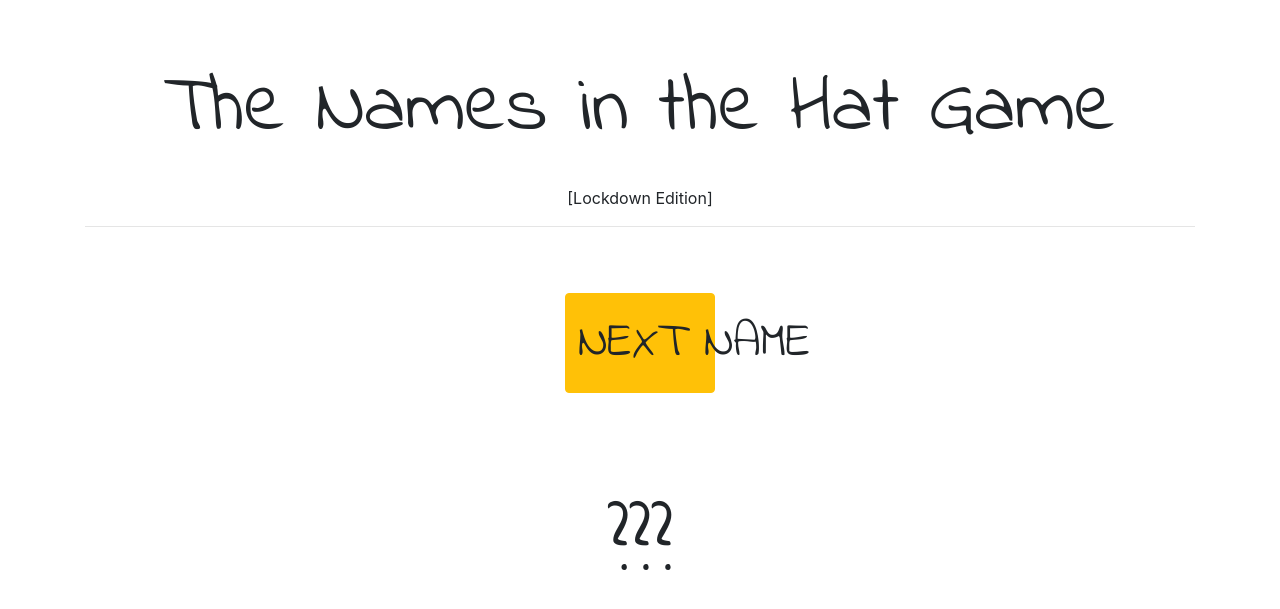
Repository: TaylorD1982/randomizer
Page: index.html
The author's editor kept a record of every edit. The page is drawn from the files as they stood at one moment, then again after the next edit.
The browser window is 1280 px wide. The pictures show the whole page.
Some web fonts or font styles are not loaded; a fallback is used. Some web libraries are served in a nearby version.

Above is the page before.

After the next edit:
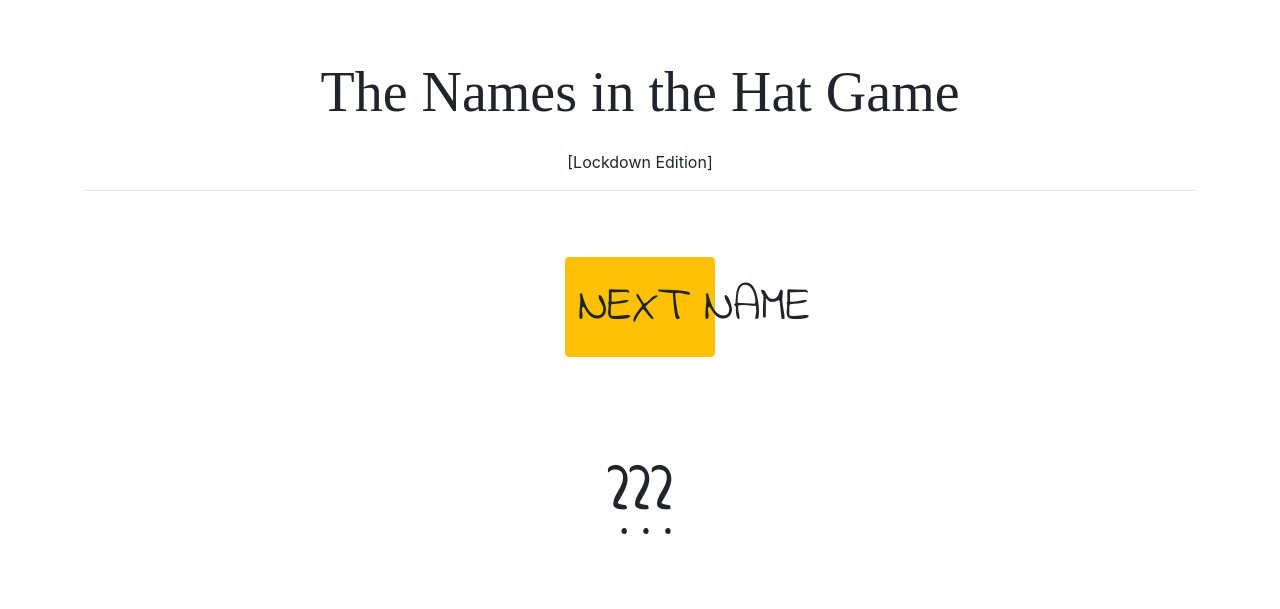
The edit:
--- a/style.css
+++ b/style.css
@@ -18,6 +18,6 @@
 }
 
 .title {
-    font-family: 'Indie Flower', cursive;
-    font-size: 5em;
+    font-family: 'Frijole', cursive;
+    font-size: 3.5em;
 }
